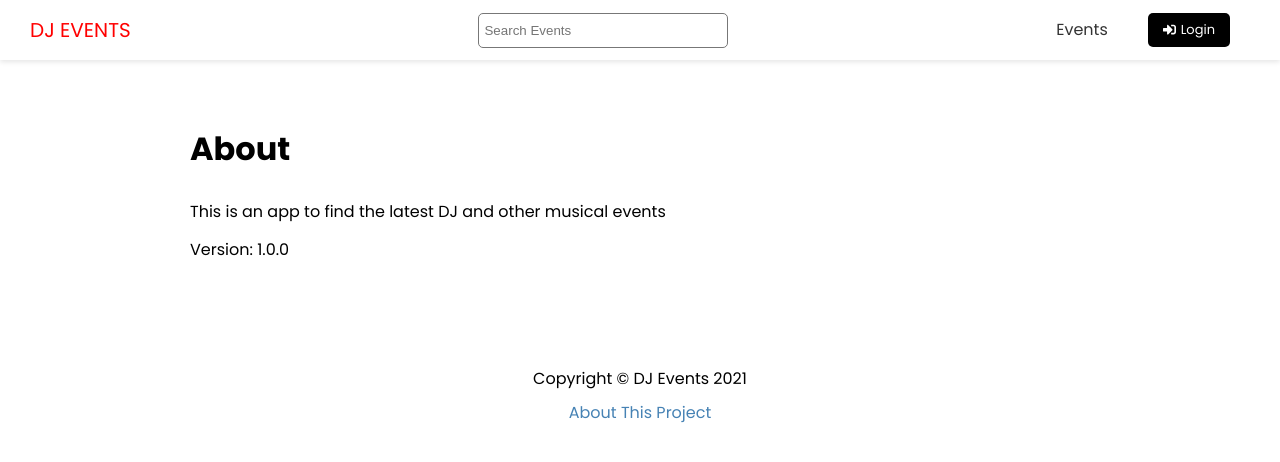
Repository: ShamroOoz/Concerts-Creator-Frontend-Nextjs
Page: /about
These files come from the project's save history. The page is drawn as it stood at one moment and after the next save; the edit follows.
The browser window is 1280 px wide. The pictures show the whole page.
The page's requests for data from a server got no answer. The project was rebuilt for these pictures with package versions that can differ from the ones it lists, and the page was loaded fresh each time. The framework's server and built-in components were replaced by stand-ins that run in the browser. No one was signed in, and anything a server would have sent is missing. Also part of the build but not shown: next.config.js, styles/Showcase.module.css, components/Showcase.js.

Above is the page before, as saved 2021-04-22 23:42:34.

After the next save:
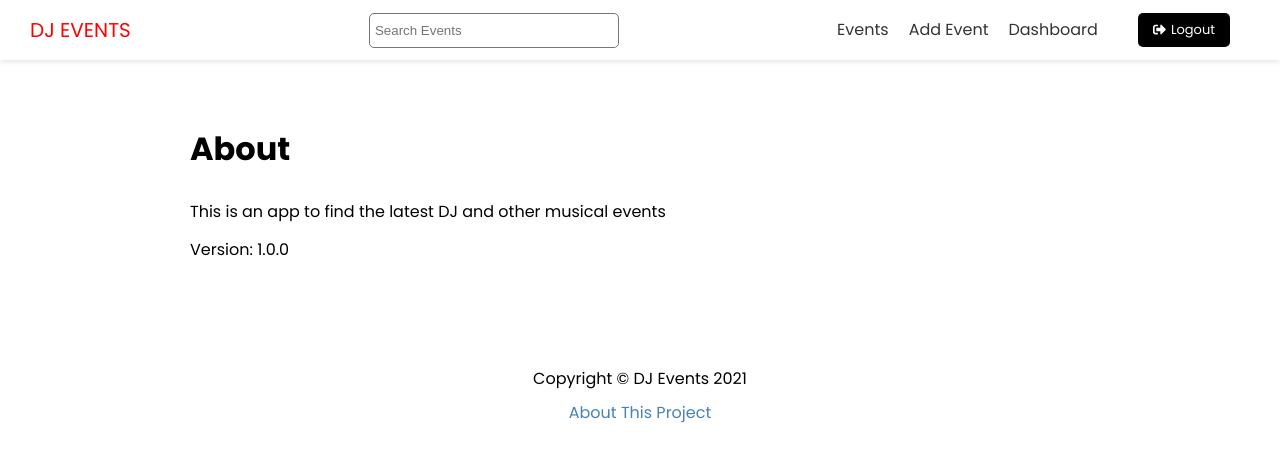
Saved 109 s later.
--- a/context/AuthContext.js
+++ b/context/AuthContext.js
@@ -5,7 +5,7 @@
 const AuthContext = createContext();
 
 export const AuthProvider = ({ children }) => {
-  const [user, setUser] = useState(null);
+  const [user, setUser] = useState({ NAME: "SJSJSJ" });
   const [error, setError] = useState(null);
 
   // Register user

After the save that followed:
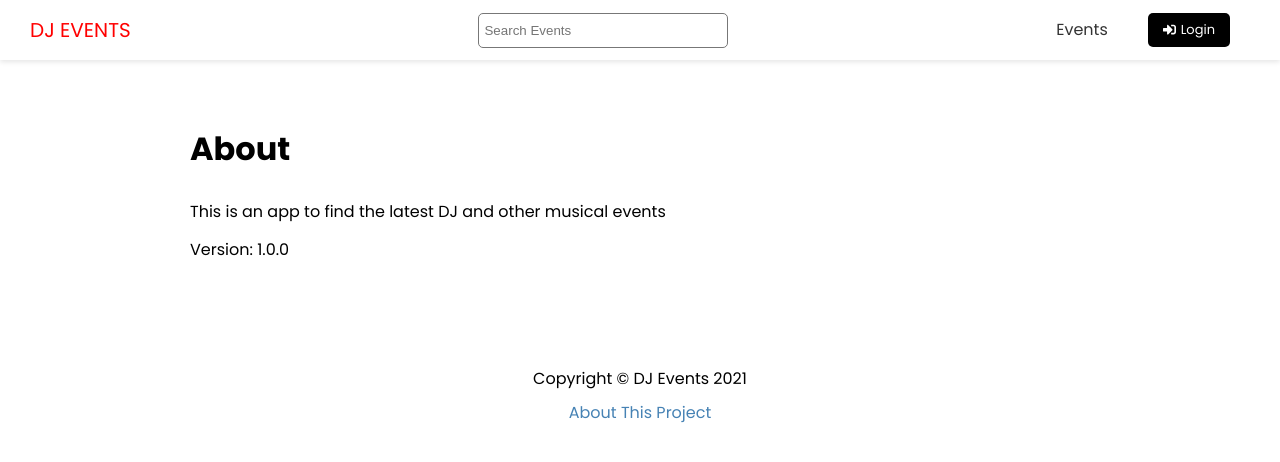
Saved 27 s later.
--- a/context/AuthContext.js
+++ b/context/AuthContext.js
@@ -5,7 +5,7 @@
 const AuthContext = createContext();
 
 export const AuthProvider = ({ children }) => {
-  const [user, setUser] = useState({ NAME: "SJSJSJ" });
+  const [user, setUser] = useState(null);
   const [error, setError] = useState(null);
 
   // Register user
